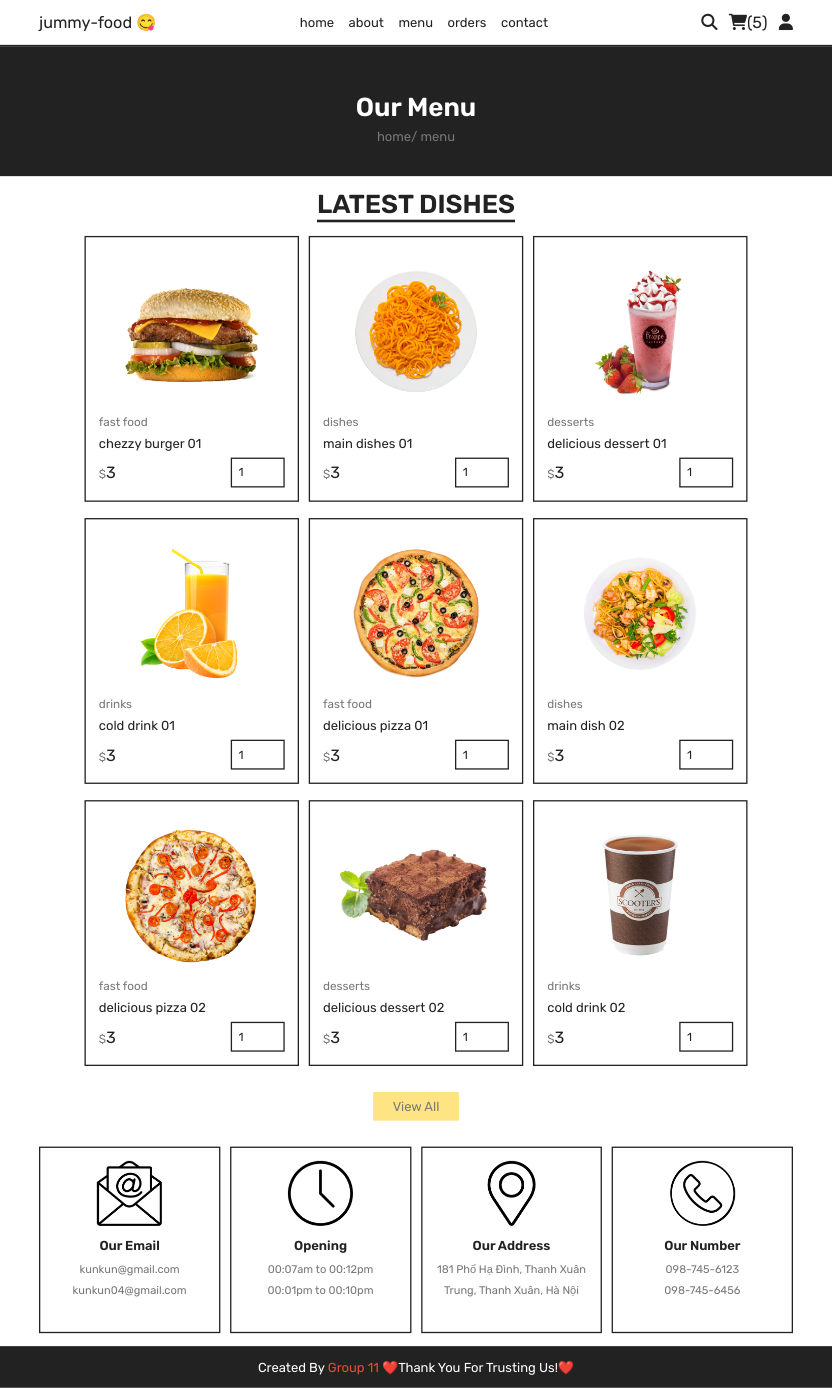
Repository: VuongLinhDinh/jummy_food
Page: menu.html
The author's editor kept a copy of each file at every save. The page is drawn from the files as they stood at one save, then again after the next save.
The browser window is 1280 px wide. The pictures show the whole page, at 65% of full size.
Some web libraries are served in a nearby version.

Above is the page before, as saved 2023-11-09 23:53:53.

### menu.html
<!DOCTYPE html>
<html lang="en">
<head>
    <meta charset="UTF-8">
    <meta name="viewport" content="width=device-width, initial-scale=1.0">
    <title>Menu</title>
    <!-- font awesome cdn link -->
    <link rel="stylesheet" href="https://cdnjs.cloudflare.com/ajax/libs/font-awesome/6.1.1/css/all.min.css">
    <!-- custom css -->
    <link rel="stylesheet" href="./css/style.css">
</head>
<body>
    <!-- header section starts  -->
    <header class="header">
        <section class="flex">
            <a href="home.html" class="logo">jummy-food 😋</a>
            <nav class="navbar">
                <a href="home.html">home</a>
                <a href="about.html">about</a>
                <a href="menu.html">menu</a>
                <a href="orders.html">orders</a>
                <a href="contact.html">contact</a>
            </nav>
            <div class="icons">
                <a href="search.html"><i class="fas fa-search"></i></a>
                <a href="cart.html"><i class="fas fa-shopping-cart"></i><span>(5)</span></a>
                <div id="user-btn" class="fas fa-user"></div>
                <div id="menu-btn" class="fas fa-bars"></div>
            </div>
            <div class="profile">
                <p class="name">Kun Aquero</p>
                <div class="flex">
                    <a href="profile.html" class="btn">profile</a>
                    <a href="#" class="delete-btn">logout</a>
                </div>
                <p class="account"><a href="login.html">login</a> or <a href="login.html">register</a></p>
            </div>
        </section>
    </header>
    <!-- header section end  -->
    <div class="heading">
        <h3>our menu</h3>
        <p><a href="home.html">home</a><span>/ menu</span></p>
    </div>
    <!-- menu section starts  -->
    <section class="products">
        <h1 class="title">latest dishes</h1>
        <div class="box-container">
            <form action="#" method="post" class="box">
                <button type="submit" class="fas fa-eye" name="quick_view"></button>
                <button type="submit" class="fas fa-shopping-cart" name="add_to_cart"></button>
                <img src="uploaded_img/burger-1.png" alt="">
                <a href="#" class="cat">fast food</a>
                <div class="name">chezzy burger 01</div>
                <div class="flex">
                    <div class="price"><span>$</span>3</div>
                    <input type="number" class="qty" name="qty" min="1" max="99" value="1"
                    onkeypress="if(this.value.length == 2) return false;">
                </div>
            </form>
            <form action="#" method="post" class="box">
                <button type="submit" class="fas fa-eye" name="quick_view"></button>
                <button type="submit" class="fas fa-shopping-cart" name="add_to_cart"></button>
                <img src="uploaded_img/dish-1.png" alt="">
                <a href="#" class="cat">dishes</a>
                <div class="name">main dishes 01</div>
                <div class="flex">
                    <div class="price"><span>$</span>3</div>
                    <input type="number" class="qty" name="qty" min="1" max="99" value="1"
                    onkeypress="if(this.value.length == 2) return false;">
                </div>
            </form>
            <form action="#" method="post" class="box">
                <button type="submit" class="fas fa-eye" name="quick_view"></button>
                <button type="submit" class="fas fa-shopping-cart" name="add_to_cart"></button>
                <img src="uploaded_img/dessert-1.png" alt="">
                <a href="#" class="cat">desserts</a>
                <div class="name">delicious dessert 01</div>
                <div class="flex">
                    <div class="price"><span>$</span>3</div>
                    <input type="number" class="qty" name="qty" min="1" max="99" value="1"
                    onkeypress="if(this.value.length == 2) return false;">
                </div>
            </form>
            <form action="#" method="post" class="box">
                <button type="submit" class="fas fa-eye" name="quick_view"></button>
                <button type="submit" class="fas fa-shopping-cart" name="add_to_cart"></button>
                <img src="uploaded_img/drink-1.png" alt="">
                <a href="#" class="cat">drinks</a>
                <div class="name">cold drink 01</div>
                <div class="flex">
                    <div class="price"><span>$</span>3</div>
                    <input type="number" class="qty" name="qty" min="1" max="99" value="1"
                    onkeypress="if(this.value.length == 2) return false;">
                </div>
            </form>
            <form action="#" method="post" class="box">
                <button type="submit" class="fas fa-eye" name="quick_view"></button>
                <button type="submit" class="fas fa-shopping-cart" name="add_to_cart"></button>
                <img src="uploaded_img/pizza-1.png" alt="">
                <a href="#" class="cat">fast food</a>
                <div class="name">delicious pizza 01</div>
                <div class="flex">
                    <div class="price"><span>$</span>3</div>
                    <input type="number" class="qty" name="qty" min="1" max="99" value="1"
                    onkeypress="if(this.value.length == 2) return false;">
                </div>
            </form>
            <form action="#" method="post" class="box">
                <button type="submit" class="fas fa-eye" name="quick_view"></button>
                <button type="submit" class="fas fa-shopping-cart" name="add_to_cart"></button>
                <img src="uploaded_img/dish-2.png" alt="">
                <a href="#" class="cat">dishes</a>
                <div class="name">main dish 02</div>
                <div class="flex">
                    <div class="price"><span>$</span>3</div>
                    <input type="number" class="qty" name="qty" min="1" max="99" value="1"
                    onkeypress="if(this.value.length == 2) return false;">
                </div>
            </form>
            <form action="#" method="post" class="box">
                <button type="submit" class="fas fa-eye" name="quick_view"></button>
                <button type="submit" class="fas fa-shopping-cart" name="add_to_cart"></button>
                <img src="uploaded_img/pizza-2.png" alt="">
                <a href="#" class="cat">fast food</a>
                <div class="name">delicious pizza 02</div>
                <div class="flex">
                    <div class="price"><span>$</span>3</div>
                    <input type="number" class="qty" name="qty" min="1" max="99" value="1"
                    onkeypress="if(this.value.length == 2) return false;">
                </div>
            </form>
            <form action="#" method="post" class="box">
                <button type="submit" class="fas fa-eye" name="quick_view"></button>
                <button type="submit" class="fas fa-shopping-cart" name="add_to_cart"></button>
                <img src="uploaded_img/dessert-2.png" alt="">
                <a href="#" class="cat">desserts</a>
                <div class="name">delicious dessert 02</div>
                <div class="flex">
                    <div class="price"><span>$</span>3</div>
                    <input type="number" class="qty" name="qty" min="1" max="99" value="1"
                    onkeypress="if(this.value.length == 2) return false;">
                </div>
            </form>
            <form action="#" method="post" class="box">
                <button type="submit" class="fas fa-eye" name="quick_view"></button>
                <button type="submit" class="fas fa-shopping-cart" name="add_to_cart"></button>
                <img src="uploaded_img/drink-2.png" alt="">
                <a href="#" class="cat">drinks</a>
                <div class="name">cold drink 02</div>
                <div class="flex">
                    <div class="price"><span>$</span>3</div>
                    <input type="number" class="qty" name="qty" min="1" max="99" value="1"
                    onkeypress="if(this.value.length == 2) return false;">
                </div>
            </form>
        </div>
        <div class="more-btn">
            <a href="menu.html" class="btn">view all</a>
        </div>
    </section>
    <!-- menu section end  -->

    <!-- footer section starts  -->
    <footer class="footer">
        <section class="grid">
            <div class="box">
                <img src="images/email-icon.png" alt="">
                <h3>our email</h3>
                <a href="mailto:kunkun@gmail.com">kunkun@gmail.com</a>
                <a href="mailto:kun04@gmail.com">kunkun04@gmail.com</a>
            </div>

            <div class="box">
                <img src="images/clock-icon.png" alt="">
                <h3>opening</h3>
                <p>
                    00:07am to 00:12pm
                    00:01pm to 00:10pm
                </p>
            </div>

            <div class="box">
                <img src="images/map-icon.png" alt="">
                <h3>our address</h3>
                <a href="https://www.google.com/maps/place/181+P.+H%E1%BA%A1+%C4%90%C3%ACnh,+H%E1%BA%A1+%C4%90%C3%ACnh,+Thanh+Xu%C3%A2n,+H%C3%A0+N%E1%BB%99i,+Vi%E1%BB%87t+Nam/@20.9891313,105.8056888,17z/data=!3m1!4b1!4m5!3m4!1s0x3135ac952468595f:0xd4c0347109838030!8m2!3d20.9891263!4d105.8082691?hl=vi-VN&entry=ttu">181 Phố Hạ Đình, Thanh Xuân Trung, Thanh Xuân, Hà Nội</a>
            </div>

            <div class="box">
                <img src="images/phone-icon.png" alt="">
                <h3>our number</h3>
                <a href="tel:0987456123">098-745-6123</a>
                <a href="tel:0987456456">098-745-6456</a>
            </div>
        </section>
        <div class="credit">created by <span>group 11</span> ❤️Thank you for trusting us!❤️</div>
    </footer>
    <!-- footer section end  -->
    <!-- custom js file -->
    <script src="./js/script.js"></script>
</body>
</html>

### css/style.css
@import url('https://fonts.googleapis.com/css2?family=Nunito:wght@200;300;400;600;700&family=Rubik:wght@300;400;500;600&display=swap');
:root {
    --yellow: #fed330;
    --red: #e74c3c;
    --white: #fff;
    --black: #222;
    --light-color: #777;
    --border: .2rem solid var(--black);
}
*{
    font-family: 'Rubik', sans-serif;
    margin: 0; padding: 0;
    box-sizing: border-box;
    outline: none; border: none;
    text-decoration: none;
}
*::selection {
    background-color: var(--yellow);
    color: var(--white);
}
::-webkit-scrollbar {
    height: 0.5rem;
    width: 1rem;
}
::-webkit-scrollbar-track {
    background-color: transparent;
}
::-webkit-scrollbar-thumb {
    background-color: var(--yellow);
}
html {
    font-size:  62.5%;
    overflow-x: hidden;
    scroll-behavior: smooth;
    stop-opacity: 7rem;
}
section {
    margin: 0 auto;
    max-width: 1200px;
    padding: 2rem;
}
.title {
    text-align: center;
    margin-bottom: 2.5rem;
    font-size: 4rem;
    color: var(--black);
    text-transform: uppercase;
    text-decoration: underline;
    text-underline-offset: 1rem;
}
.heading {
    display: flex;
    align-items: center;
    justify-content: center;
    gap: 1rem;
    flex-flow: column;
    background-color: var(--black);
    min-height: 20rem;
}
.heading h3 {
    font-size: 4rem;
    color: var(--white);
    text-transform: capitalize;
    margin-top: 2rem;
}
.heading p {
    font-size: 2rem;
}
.heading p a {
    color: var(--light-color);
}
.heading p a:hover {
    text-decoration: underline;
    color: var(--yellow);
}
.heading p span {
    color: var(--light-color);
}
.btn, .delete-btn {
    margin-top: 1rem;
    display: inline-block;
    font-size: 2rem;
    padding: 1rem 3rem;
    opacity: .6;
    cursor: pointer;
}
.btn:hover, .delete-btn:hover {
    /* letter-spacing: .2rem; */
    transition:  .2s linear;
    opacity: 1;
}
.btn {
    background-color: var(--yellow);
    color: var(--black);
    text-transform: capitalize;
}
.delete-btn {
    background-color: var(--red);
    color: var(--white);
}
.header {
    position: sticky;
    top: 0; left: 0; right: 0;
    z-index: 1000;
    background-color: var(--white);
    border-bottom: var(--border);
}
.header .flex {
    display: flex;
    align-items: center;
    justify-content: space-between;
    position: relative;
}
.header .flex .logo {
    font-size: 2.5rem;
    color: var(--black);
}
.header .flex .navbar a {
    font-size: 2rem;
    color: var(--black);
    margin: 0 1rem;

}
.header .flex .navbar a:hover {
    color: var(--yellow);
    text-decoration: underline;
}
.header .flex .icons > * {
    margin-left: 1.5rem;
    font-size: 2.5rem;
    color: var(--black);
    cursor: pointer;
}
.header .flex .icons > *:hover {
    color: var(--yellow);
}
#menu-btn {
    display: none;
}
.header .flex .profile {
    background-color: var(--white);
    border: var(--border);
    padding: 1.5rem;
    text-align: center;
    position: absolute;
    top: 125%; right: 2rem;
    width: 30rem;
    display: none;
    animation: fadeIn .2s linear;
}
.header .flex .profile.active {
    display: block;
}
@keyframes fadeIn {
    0% {
        transform: translateY(1rem);
    }
}
.header .flex .profile .name {
    font-size: 2rem;
    color: var(--black);
    margin-bottom: 1rem;
}
.header .flex .profile .account {
    margin-top: 1rem;
    font-size: 2rem;
    color: var(--light-color);
}
.header .flex .profile .account a {
    color: var(--black);
}
.header .flex .profile .account a:hover {
    color: var(--yellow);
    text-decoration: underline;
}
.hero .slide {
    display: flex;
    align-items: center;
    flex-wrap: wrap-reverse;
    gap: 2rem;
    margin-bottom: 4rem;
}
.hero .slide .image {
    flex: 1 1 40rem;
}
.hero .slide .image img {
    width: 100%;
}
.hero .slide .content {
    flex: 1 1 40rem;
    text-align: center;
}
.hero .slide .content span {
    font-size: 2.5rem;
    color: var(--light-color);
}
.hero .slide .content h3 {
    margin: 1rem 0;
    font-size: 6rem;
    color: var(--black);
    text-transform: capitalize;
}
.swiper-pagination-bullet-active{
    background-color: var(--yellow);
}
.category .box-container {
    display: grid;
    grid-template-columns: repeat(auto-fit, minmax(27rem, 1fr));
    gap: 1.5rem;
    align-items: flex-start;
}
.category .box-container .box {
    border: var(--border);
    padding: 2rem;
    padding-bottom: 5rem;
    text-align: center;
}
.category .box-container .box img {
    width: 100%;
    height: 10rem;
    object-fit: contain;
}
.category .box-container .box h3 {
    font-size: 2rem;
    margin-top: 1.5rem;
    color: var(--black);
    text-transform: capitalize;
}
.category .box-container .box:hover {
    background-color: var(--black);
}
.category .box-container .box:hover img {
    filter: invert(1);
}
.category .box-container .box:hover h3 {
    color: var(--white);
}
.products .box-container {
    display: grid;
    grid-template-columns: repeat(auto-fit, 33rem);
    justify-content: center;
    align-items: flex-start;
    gap: 1.5rem;
}
.products .box-container .box {
    border: var(--border);
    padding: 2rem;
    position: relative;
    overflow: hidden;
    margin-bottom: 1rem;
}
.products .box-container .box img {
    width: 100%;
    height: 25rem;
    object-fit: contain;
}
.products .box-container .box .fa-eye,
.products .box-container .box .fa-shopping-cart {
    position: absolute;
    top: 1rem;
    height: 4.5rem; width: 4.5rem;
    line-height: 4.3rem;
    border: var(--border);
    background-color: var(--white);
    cursor: pointer;
    font-size: 2rem;
    color: var(--black);
    transition: .2s linear;
}
.products .box-container .box .fa-eye:hover,
.products .box-container .box .fa-shopping-cart:hover {
    background-color: var(--black);
    color: var(--white);
}
.products .box-container .box .fa-eye {
    left: -10rem;
}
.products .box-container .box .fa-shopping-cart {
    right: -10rem;
}
.products .box-container .box:hover .fa-eye {
    left: 1rem;
}
.products .box-container .box:hover .fa-shopping-cart {
    right: 1rem;
}
.products .box-container .box .cat {
    font-size: 1.8rem;
    color: var(--light-color);
}
.products .box-container .box .cat:hover {
    color: var(--black);
    text-decoration: underline;
}
.products .box-container .box .name {
    font-size: 2rem;
    color: var(--black);
    margin: 1rem 0;
}
.products .box-container .box .flex {
    display: flex;
    align-items: center;
    gap: 1.5rem;
    margin-top: 1rem;
}
.products .box-container .box .flex .price {
    margin-right: auto;
    font-size: 2.5rem;
    color: var(--black);
}
.products .box-container .box .flex .price span {
    color: var(--light-color);
    font-size: 1.8rem;

}
.products .box-container .box .flex .qty {
    padding: 1rem;
    border: var(--border);
    font-size: 1.8rem;
    color: var(--black);
}
.products .more-btn {
    margin-top: 2rem;
    text-align: center;
}
.about .row {
    display: flex;
    align-items: center;
    flex-wrap: wrap;
    gap: 1.5rem;
}
.about .row .image {
    flex: 1 1 40rem;
}
.about .row .image img {
    width: 100%;
}
.about .row .content {
    flex: 1 1 40rem;
    text-align: center;
}
.about .row .content h3{
    font-size: 3rem;
    color: var(--black);
    text-transform: capitalize;
    margin-bottom: 2rem;
}
.about .row .content p {
    padding: 1rem 0;
    line-height: 2;
    font-size: 1.8rem;
    color: var(--light-color);
}
.about .row .content a {
    text-transform: capitalize;

}
.steps .box-container {
    display: grid;
    grid-template-columns: repeat(auto-fit, minmax(30rem, 1fr));
    gap: 1.5rem;
    align-items: flex-start;
}
.steps .box-container .box {
    text-align: center;
    border: var(--border);
    padding: 2rem;
}
.steps .box-container .box img {
    height: 10rem;
    width: 100%;
    object-fit: contain;
}
.steps .box-container .box h3 {
    font-size: 2.3rem;
    margin: 1rem 0;
    color: var(--black);
    text-transform: capitalize;
}
.steps .box-container .box p {
    line-height: 2;
    font-size: 1.6rem;
    color: var(--light-color);
    text-transform: capitalize;
}
.reviews .slide {
    margin-bottom: 4rem;
    border: var(--border);
    padding: 2rem;
    text-align: center;
}
.reviews .slide img {
    height: 10rem;
    width: 10rem;
    margin-bottom: .5rem;
    border-radius: 50%;
}
.reviews .slide p {
    padding: 1rem 0;
    line-height: 2;
    font-size: 1.5rem;
    color: var(--light-color);
}
.reviews .slide .stars {
    display: inline-block;
    padding: 1rem 2rem;
}
.reviews .slide .stars i {
    font-size: 1.8rem;
    color: var(--yellow);
}
.reviews .slide h3 {
    font-size: 2.5rem;
    margin-top: 1.5rem;
    color: var(--black);
    text-transform: capitalize;
}
.contact .row {
    display: flex;
    align-items: center;
    flex-wrap: wrap;
    gap: 1.5rem;
}
.contact .row .image {
    flex: 1 1 40rem;
}
.contact .row .image img {
    width: 100%;
}
.contact .row form {
    border: var(--border);
    flex: 1 1 40rem;
    padding: 2rem;
    text-align: center;
}
.contact .row form h3 {
    font-size: 2rem;
    color: var(--black);
    margin-bottom: 1rem;
   text-transform: capitalize;
}
.contact .row form .box {
    width: 100%;
    margin: 1rem 0;
    font-size: 1.8rem;
    color: var(--black);
    border: var(--border);
    padding: 1.4rem;
}
.contact .row form textarea {
    height: 15rem;
    resize: none;
}






































.footer .grid {
    display: grid;
    grid-template-columns: repeat(auto-fit, minmax(27rem, 1fr));
    gap: 1.5rem;
    align-items: flex-start;
}
.footer .grid .box {
    border: var(--border);
    padding: 2rem;
    padding-bottom: 5rem;
    text-align: center;
}
.footer .grid .box img {
    height: 10rem;
    width: 100%;
    object-fit: contain;
    margin-bottom: .5rem;
}
.footer .grid .box h3 {
    margin: 1rem 0;
    font-size: 2rem;
    color: var(--black);
    text-transform: capitalize;
}
.footer .grid .box p,
.footer .grid .box a {
    display: block;
    font-size: 1.7rem;
    color: var(--light-color);
    line-height: 1.8;
}
.footer .grid .box a:hover {
    text-decoration: underline;
}
.credit {
    padding: 2rem;
    text-align: center;
    background-color: var(--black);
    color: var(--white);
    font-size: 2rem;
    text-transform: capitalize;
}
.credit span {
    color: var(--red);

}

/* media query  */
@media (max-width: 991px) {
    html {
        font-size: 55%;
    }
}
@media (max-width: 768px) {
    #menu-btn {
        display: inline-block;
    }
    .header .flex .navbar {
        position: absolute;
        top: 99%; left: 0; right: 0;
        border-top: var(--border);
        border-bottom: var(--border);
        background-color: var(--white);
        transition:  .2s linear;
        clip-path: polygon(0 0, 100% 0, 100% 0, 0 0);
    }
    .header .flex .navbar a {
        display: block;
        margin: 2rem;
    }
    .header .flex .navbar.active {
        clip-path: polygon(0 0, 100% 0, 100% 100%, 0 100%);
    }
}
@media (max-width: 450px) {
    html {
        font-size: 50%
    }
    .title {
        font-size: 3rem;
    }
    .header .flex .logo {
        font-size: 2rem;
    }
    .hero .slide .content h3 {
        font-size: 5rem;
    }

}

### js/script.js
navbar = document.querySelector('.header .flex .navbar');
document.querySelector('#menu-btn').onclick = () => {
    navbar.classList.toggle('active');
    profile.classList.remove('active');
}
profile = document.querySelector('.header .flex .profile');
document.querySelector('#user-btn').onclick = () => {
    profile.classList.toggle('active');
    navbar.classList.remove('active');
}
window.onscroll = () => {
    navbar.classList.remove('active');
    profile.classList.remove('active');
}

After the next save:
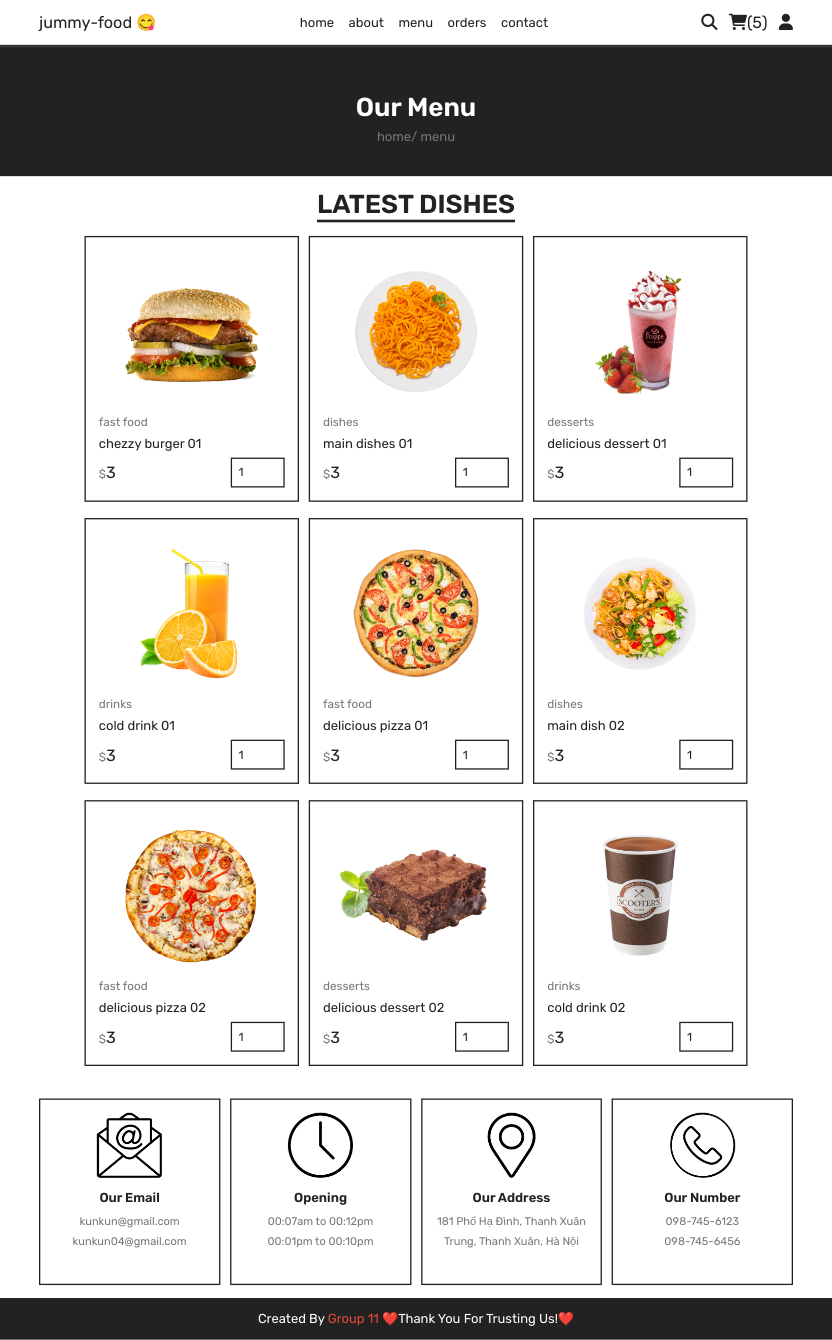
Saved 50 s later.
--- a/menu.html
+++ b/menu.html
@@ -155,9 +155,6 @@
                 </div>
             </form>
         </div>
-        <div class="more-btn">
-            <a href="menu.html" class="btn">view all</a>
-        </div>
     </section>
     <!-- menu section end  -->
 
